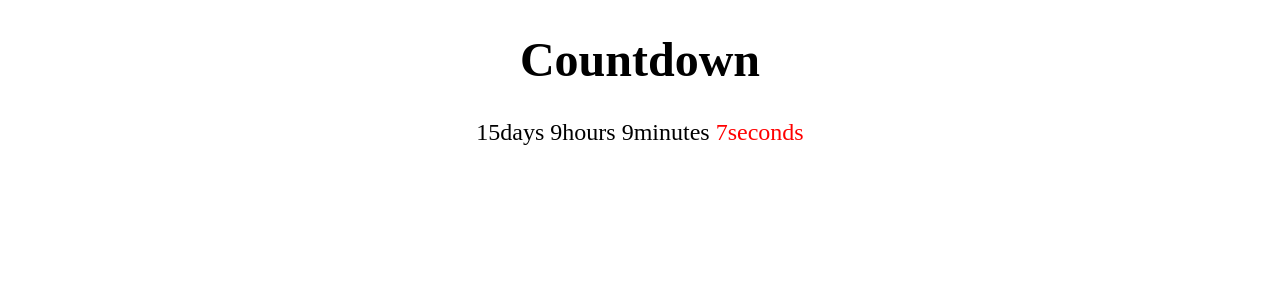
Repository: sinarinzifabrice/Events
Page: index.html
These files come from the project's save history. The page is drawn as it stood at one moment and after the next save; the edit follows.
The browser window is 1280 px wide. The pictures show the whole page.

Above is the page before, as saved 2024-05-16 09:40:39.

### index.html
<!DOCTYPE html>
<html lang="en">
<head>
  <meta charset="UTF-8">
  <meta name="viewport" content="width=device-width, initial-scale=1.0">
  <title>Countdown Timer</title>
  <style>
    .countdown {
      font-size: 24px;
      text-align: center;
    }
    .red {
      color: red;
    }
  </style>
</head>
<body>
<div class="countdown">
   <h1>Countdown</h1>
   <div id="countdown" class="countdown"></div>
</div>



<script>
  // Set the date we're counting down to
  var countDownDate = new Date("May 29, 2024 19:00:00").getTime();

  // Update the countdown every 1 second
  var x = setInterval(function() {

    // Get the current date and time
    var now = new Date().getTime();

    // Calculate the remaining time
    var distance = countDownDate - now;

    // Calculate days, hours, minutes and seconds
    var days = Math.floor(distance / (1000 * 60 * 60 * 24));
    var hours = Math.floor((distance % (1000 * 60 * 60 * 24)) / (1000 * 60 * 60));
    var minutes = Math.floor((distance % (1000 * 60 * 60)) / (1000 * 60));
    var seconds = Math.floor((distance % (1000 * 60)) / 1000);

    // Display the countdown
    document.getElementById("countdown").innerHTML = days + "days " + hours + "hours "
    + minutes + "minutes <span class='red'>" + seconds + "seconds</span>";

    // If the countdown is over, display a message
    if (distance < 0) {
      clearInterval(x);
      document.getElementById("countdown").innerHTML = "EXPIRED";
    }
  }, 1000);
</script>

</body>
</html>

After the next save:
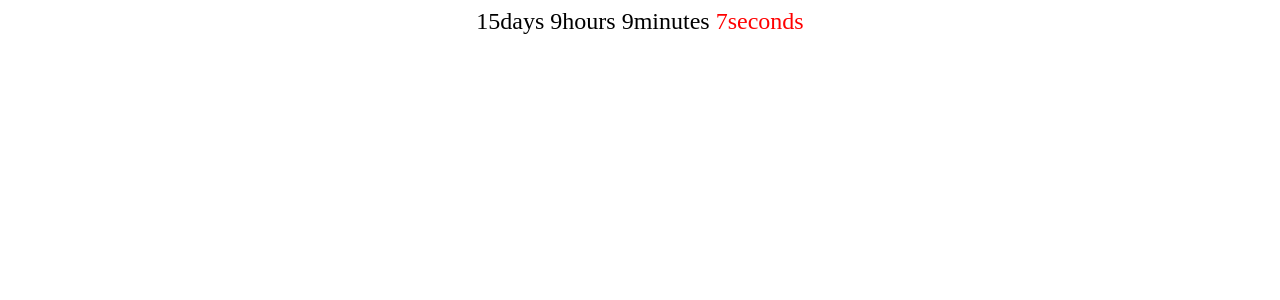
Saved 34 s later.
--- a/index.html
+++ b/index.html
@@ -16,7 +16,7 @@
 </head>
 <body>
 <div class="countdown">
-   <h1>Countdown</h1>
+
    <div id="countdown" class="countdown"></div>
 </div>
 
